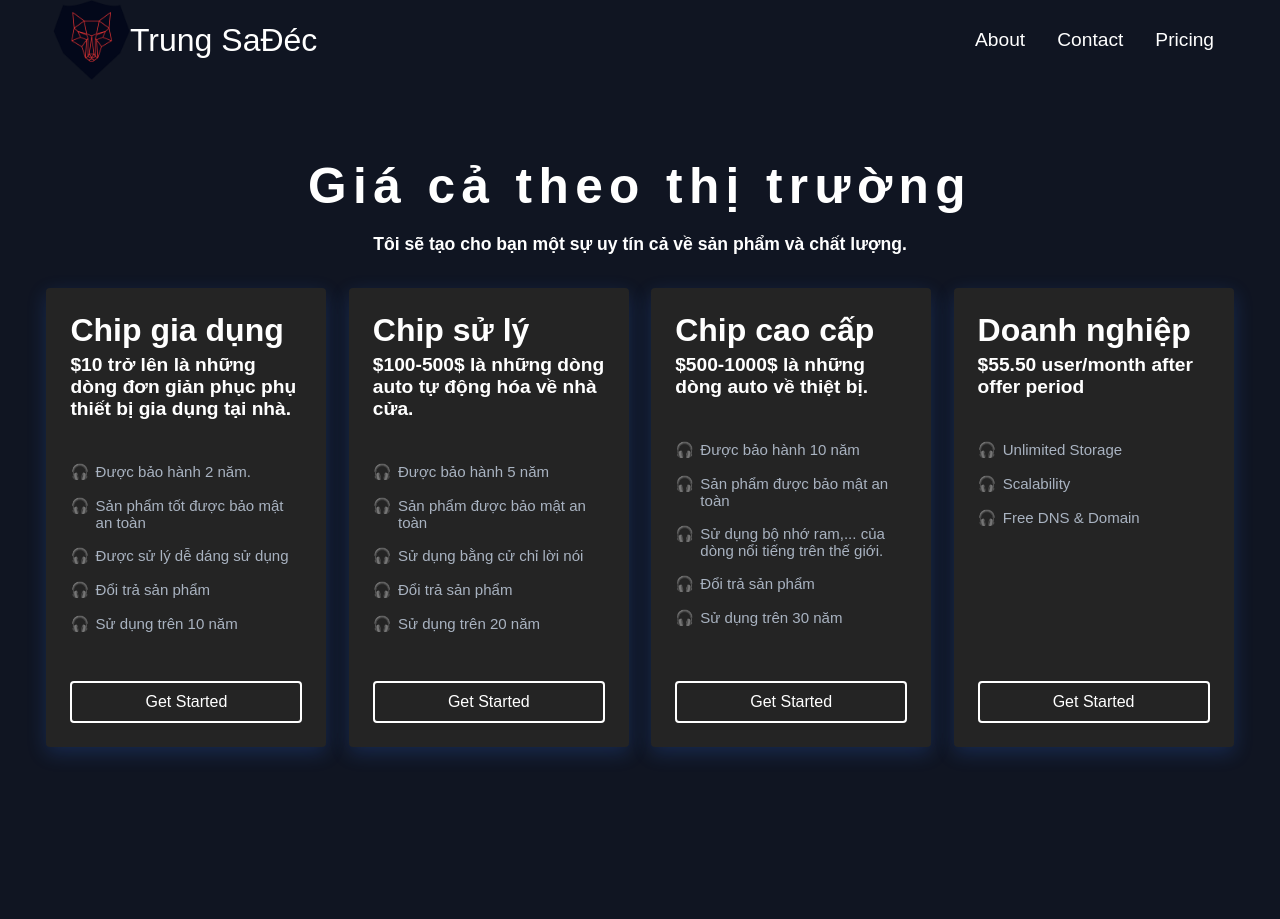
Repository: fdhhhdjd/Profile-Gift-B_H_Q_Trung
Page: /pricing
These files come from the project's save history. The page is drawn as it stood at one moment and after the next save; the edit follows.
The browser window is 1280 px wide. The pictures show the whole page.
The project was rebuilt for these pictures with package versions that can differ from the ones it lists, and the page was loaded fresh each time. Also part of the build but not shown: src/App.css, src/Pages/Home.js, src/Styles/HeroStyles.js, src/Components/Hero.js. Imported but missing from the stored project, and not drawn on this page: src/Pages/SignUpPage.

Above is the page before, as saved 2021-10-28 17:05:43.

After the next save:
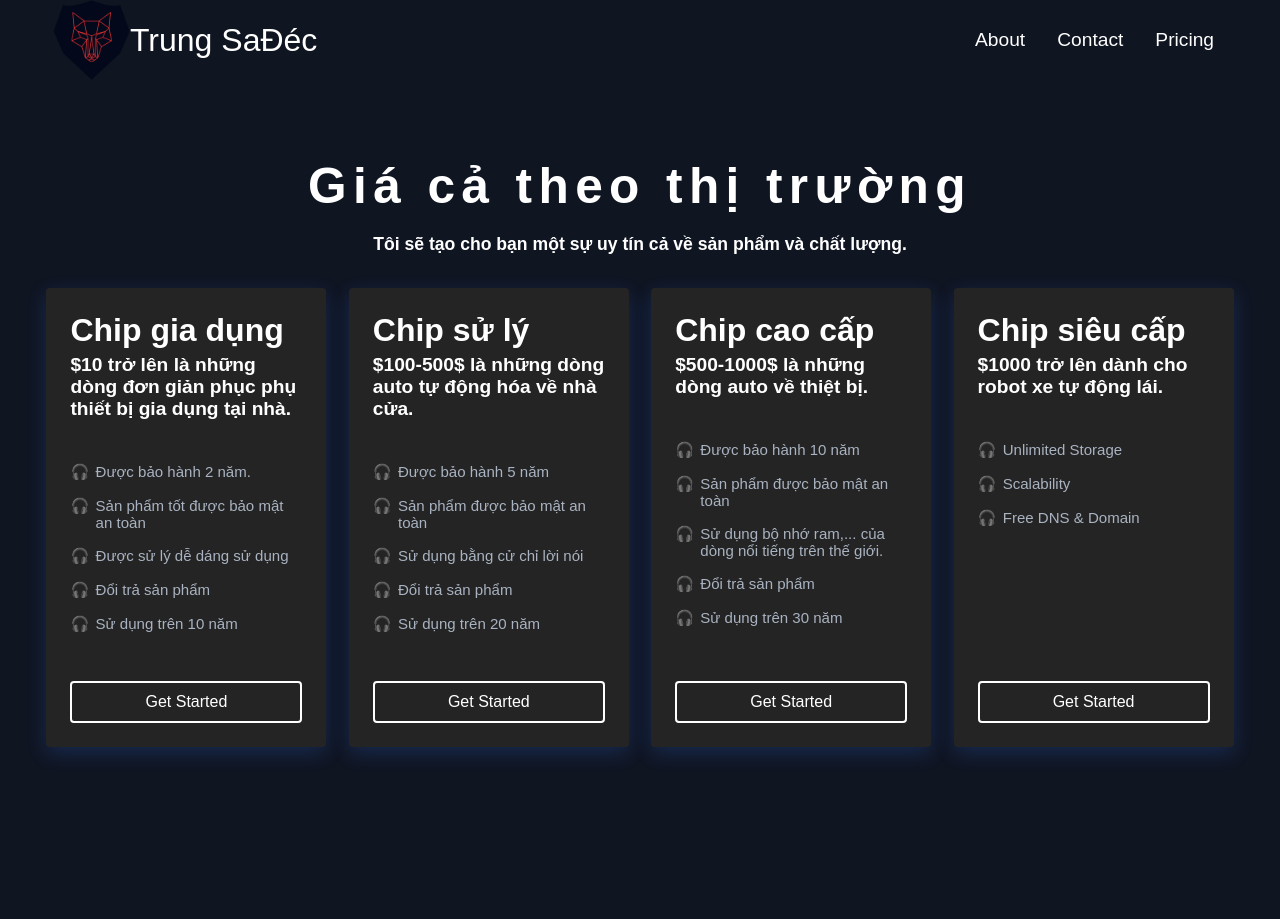
Saved 64 s later.
--- a/src/Data/PricingData.js
+++ b/src/Data/PricingData.js
@@ -37,8 +37,8 @@ export const pricingData = [
   },
 
   {
-    title: "Doanh nghiệp",
-    price: "$55.50 user/month after offer period ",
+    title: "Chip siêu cấp",
+    price: "$1000 trở lên dành cho robot xe tự động lái.",
     numAcc: "1000+ Accounts",
     features: ["Unlimited Storage", "Scalability", "Free DNS & Domain"],
   },
